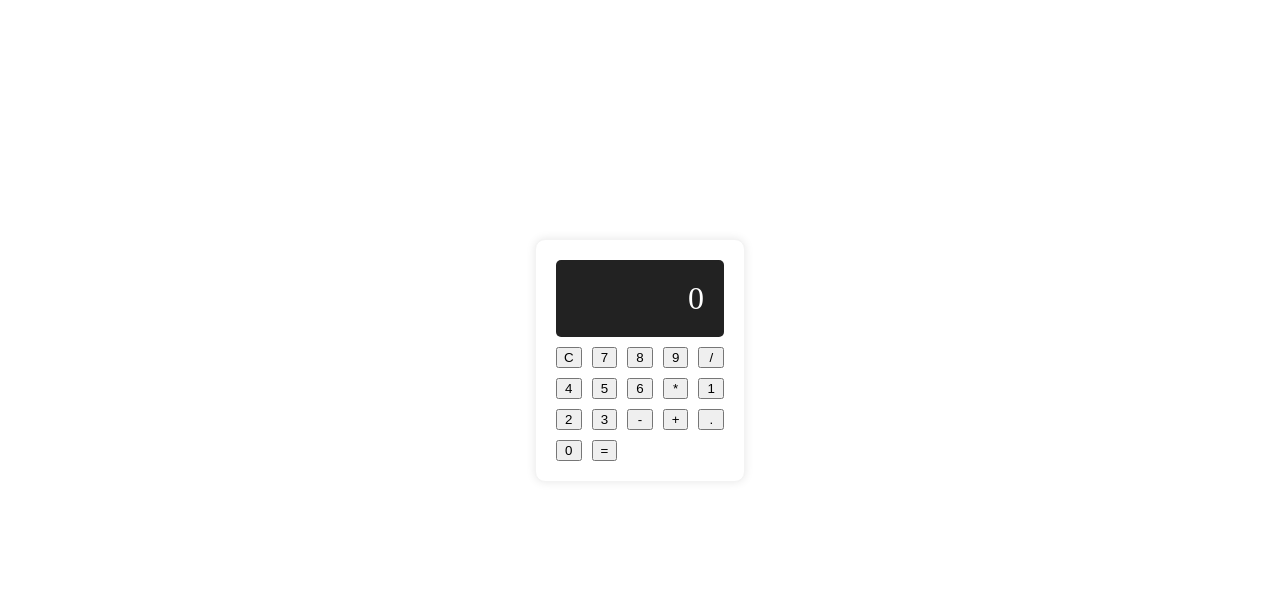
Repository: alizey12/calculator
Page: index.html
An editor plug-in stored every save of this project. The page is shown before and after the next save, followed by the edit.
The browser window is 1280 px wide. The pictures show the whole page.

Above is the page before, as saved 2024-11-23 18:45:17.

### index.html
<!DOCTYPE html>
<html lang="en">
<head>
    <meta charset="UTF-8">
    <meta name="viewport" content="width=device-width, initial-scale=1.0">
    <title>Document</title>
    <link rel="stylesheet" href="styles.css">
</head>
<body>
 <div class="calculator">
            <div class="display" id="display">0</div>
            <div class="buttons">


                <button class="btn" id="clear">C</button>
                <button class="btn">7</button>
                <button class="btn">8</button>
                <button class="btn">9</button>
                <button class="btn operator">/</button>
                <button class="btn">4</button>
                <button class="btn">5</button>
                <button class="btn">6</button>
                <button class="btn operator">*</button>
                <button class="btn">1</button>
                <button class="btn">2</button>
                <button class="btn">3</button>
                <button class="btn operator">-</button>
                <button class="btn operator">+</button>
                <button class="btn">.</button>
                <button class="btn">0</button>
                <button class="btn operator" id="equals">=</button>


            </div>
        </div>


    <script src="script.js"></script>
</body>
</html>

### styles.css
body {
    display: flex;
    justify-content: center;
    align-items: center;
    height: 100vh;
    background-color: #ffffff;
    margin: 0;
}

.calculator {
    border: 1px solid #f3f3f3;
    border-radius: 10px;
    padding: 20px;
    background-color: #fff;
    box-shadow: 0 0 10px rgba(0, 0, 0, 0.1);
}

.display {
    font-size: 2em;
    margin-bottom: 10px;
    padding: 20px;
    background-color: #222;
    color: #fff;
    text-align: right;
    border-radius: 5px;
}


.buttons {
    display: grid;
    grid-template-columns: repeat(5, 1fr);
    gap: 10px;
}
/*
.btn {
    padding: 20px;
    font-size: 1.5em;
    border: none;
    border-radius: 5px;
    background-color: #f0f0f0;
    cursor: pointer;
}

.btn.operator {
    background-color: #da9ac4;
    color: #fff;
}

.btn#clear {
    background-color: #ff3b30;
    color: #fff;
}

.btn#equals {
    grid-column: span 4;
    background-color: #186e2e;
    color: #fff;
} */

Loaded but not shown: script.js (no copy from this time; the picture is the same without it)

After the next save:
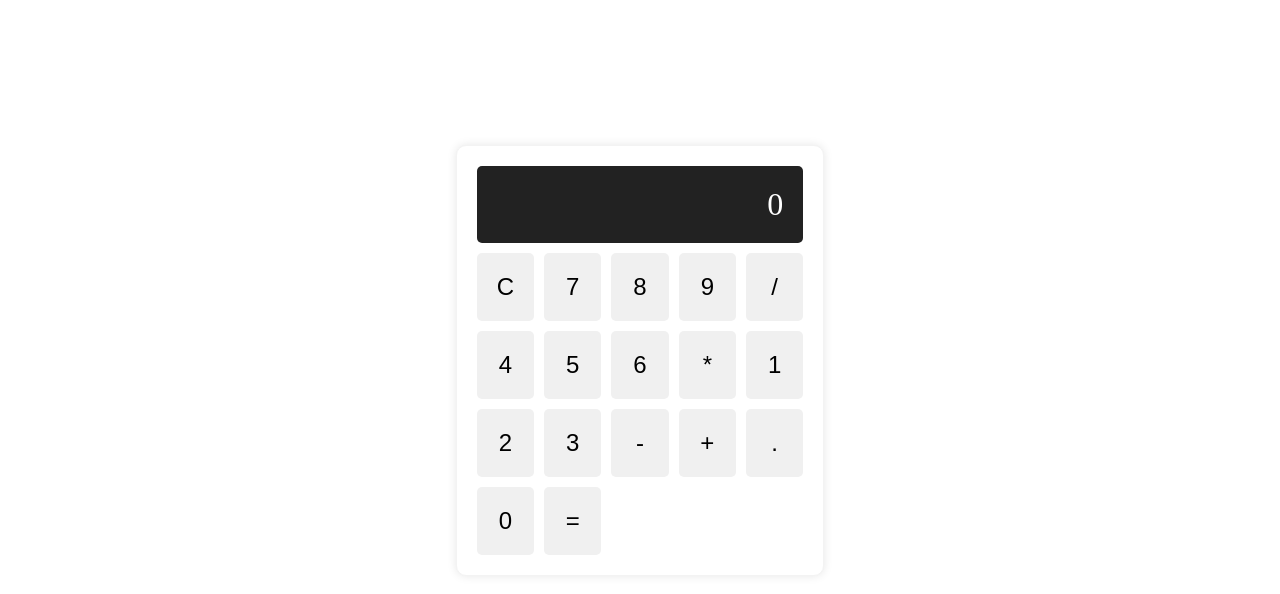
Saved 19 s later.
--- a/styles.css
+++ b/styles.css
@@ -31,7 +31,7 @@ body {
     grid-template-columns: repeat(5, 1fr);
     gap: 10px;
 }
-/*
+
 .btn {
     padding: 20px;
     font-size: 1.5em;
@@ -41,7 +41,7 @@ body {
     cursor: pointer;
 }
 
-.btn.operator {
+/*.btn.operator {
     background-color: #da9ac4;
     color: #fff;
 }
